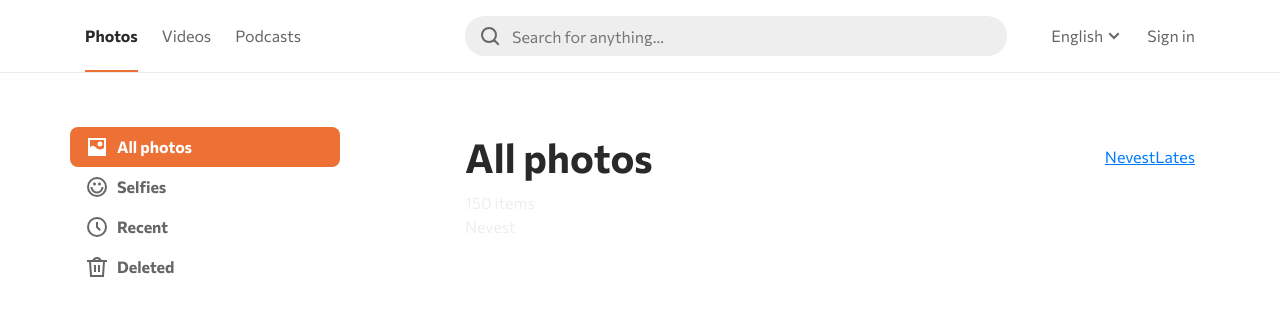
Repository: densavi/djinni
Page: index.html
The author's editor kept a copy of each file at every save. The page is drawn from the files as they stood at one save, then again after the next save.
The browser window is 1280 px wide. The pictures show the whole page.
The style sheet was rebuilt from its Sass, Less or Tailwind sources for each picture, by a compiler version that may differ from the author's.

Above is the page before, as saved 2023-04-10 23:55:33.

### index.html
<!DOCTYPE html>
<html lang="en">
<head>
  <meta charset="UTF-8">
  <meta http-equiv="X-UA-Compatible" content="IE=edge">
  <meta name="viewport" content="width=device-width, initial-scale=1.0">
  <title>Photos</title>
  <link rel="stylesheet" href="https://cdn.jsdelivr.net/npm/bootstrap@4.6.2/dist/css/bootstrap.min.css" integrity="sha384-xOolHFLEh07PJGoPkLv1IbcEPTNtaed2xpHsD9ESMhqIYd0nLMwNLD69Npy4HI+N" crossorigin="anonymous">
  <link rel="stylesheet" href="css/style.css">
</head>
<body>

  <header class="header">
    <div class="container">
      <div class="row d-flex justify-content-between align-items-center">
        <div class="col-3">
          <button class="open-menu"><span></span></button>
          <nav class="header__nav">
            <ul class="nav">
              <li class="nav-item">
                <a class="nav-link active" aria-current="page" href="#">Photos</a>
              </li>
              <li class="nav-item">
                <a class="nav-link" href="#">Videos</a>
              </li>
              <li class="nav-item">
                <a class="nav-link" href="#">Podcasts</a>
              </li>
            </ul>
          </nav>
        </div>
        <div class="col-8 d-flex align-items-center justify-content-end">
          <label for="search" class="header__search">
            <img src="img/search.svg" alt="Search">
            <input type="search" placeholder="Search for anything...">
          </label>
          <div class="dropdown show">
            <a class="header__lang-link" href="#" role="button" id="dropdownMenuLink" data-toggle="dropdown" aria-haspopup="true" aria-expanded="false">
              English
              <svg width="12" height="8" viewBox="0 0 12 8" fill="none" xmlns="http://www.w3.org/2000/svg">
                <path d="M2 2L6 6L10 2" stroke="#666666" stroke-width="2" stroke-linecap="square"/>
              </svg>
            </a>

            <div class="dropdown-menu" aria-labelledby="dropdownMenuLink">
              <a class="dropdown-item" href="#">Ukraine</a>
              <a class="dropdown-item" href="#">Polish</a>
            </div>
          </div>
          <a href="#" class="header__sign-in">Sign in</a>
        </div>
      </div>
    </div>
  </header>


  <div class="wrapper">
    <div class="container">
      <div class="row d-flex justify-content-between">
        <div class="col-3 sidebar">
          <ul class="nav sidebar__tabs">
            <li class="sidebar__item">
              <a class="d-flex align-items-center sidebar__link active" data-toggle="tab" href="#all-photos">
                <svg width="24" height="24" viewBox="0 0 24 24" fill="none" xmlns="http://www.w3.org/2000/svg">
                  <path d="M15 6.5C13.6193 6.5 12.5 7.61929 12.5 9C12.5 10.3807 13.6193 11.5 15 11.5C16.3807 11.5 17.5 10.3807 17.5 9C17.5 7.61929 16.3807 6.5 15 6.5Z" fill="#666666"/>
                  <path fill-rule="evenodd" clip-rule="evenodd" d="M3 3H21V21H18.5266L18.4945 21.0002H5.5L5.46787 21H3V3ZM19 12.8362C17.8552 13.898 16.7044 14.4537 15 14.4537C13.0944 14.4537 11.6208 13.2859 10.1527 11.7048C9.15108 10.6262 7.51491 10.4335 6.29018 11.25L6.26758 11.2651L5 12.2134V5H19V12.8362Z" fill="#666666"/>
                </svg>
                All photos
              </a>
            </li>
            <li class="sidebar__item">
              <a class="d-flex align-items-center sidebar__link" data-toggle="tab" href="#selfies">
                <svg width="24" height="24" viewBox="0 0 24 24" fill="none" xmlns="http://www.w3.org/2000/svg">
                  <path d="M17.5 12C17.5 15.0376 15.0376 17.5 12 17.5C8.96243 17.5 6.5 15.0376 6.5 12M21 12C21 16.9706 16.9706 21 12 21C7.02944 21 3 16.9706 3 12C3 7.02944 7.02944 3 12 3C16.9706 3 21 7.02944 21 12Z" stroke="#666666" class="hover-fill" stroke-width="2"/>
                  <path d="M11 9C11 9.82843 10.3284 10.5 9.5 10.5C8.67157 10.5 8 9.82843 8 9C8 8.17157 8.67157 7.5 9.5 7.5C10.3284 7.5 11 8.17157 11 9Z" fill="#666666"/>
                  <path d="M16 9C16 9.82843 15.3284 10.5 14.5 10.5C13.6716 10.5 13 9.82843 13 9C13 8.17157 13.6716 7.5 14.5 7.5C15.3284 7.5 16 8.17157 16 9Z" fill="#666666"/>
                </svg>
                Selfies
              </a>
            </li>
            <li class="sidebar__item">
              <a class="d-flex align-items-center sidebar__link" data-toggle="tab" href="#recent">
                <svg width="24" height="24" viewBox="0 0 24 24" fill="none" xmlns="http://www.w3.org/2000/svg">
                  <path d="M12 8V12L14.5 14.5M21 12C21 16.9706 16.9706 21 12 21C7.02944 21 3 16.9706 3 12C3 7.02944 7.02944 3 12 3C16.9706 3 21 7.02944 21 12Z" stroke="#666666" stroke-width="2" stroke-linecap="square"/>
                </svg>
                Recent
              </a>
            </li>
            <li class="sidebar__item">
              <a class="d-flex align-items-center sidebar__link" data-toggle="tab" href="#deleted">
                <svg width="24" height="24" viewBox="0 0 24 24" fill="none" xmlns="http://www.w3.org/2000/svg">
                  <path d="M6 21L5.00221 21.0665L5.06445 22H6V21ZM18 21V22H18.9356L18.9978 21.0665L18 21ZM3 5H2V7H3V5ZM21 7H22V5H21V7ZM11 11V10H9V11H11ZM9 16V17H11V16H9ZM15 11V10H13V11H15ZM13 16V17H15V16H13ZM4.00221 6.06652L5.00221 21.0665L6.99779 20.9335L5.99779 5.93348L4.00221 6.06652ZM6 22H18V20H6V22ZM18.9978 21.0665L19.9978 6.06652L18.0022 5.93348L17.0022 20.9335L18.9978 21.0665ZM19 5H5V7H19V5ZM3 7H5V5H3V7ZM19 7H21V5H19V7ZM9 11V16H11V11H9ZM13 11V16H15V11H13ZM12 4C13.3965 4 14.5725 4.95512 14.9055 6.24926L16.8424 5.75074C16.2874 3.59442 14.3312 2 12 2V4ZM9.09445 6.24926C9.42754 4.95512 10.6035 4 12 4V2C9.66883 2 7.71258 3.59442 7.15758 5.75074L9.09445 6.24926Z" fill="#666666"/>
                </svg>
                Deleted
              </a>
            </li>
          </ul>
        </div>
        <div class="col-8">
            <div class="tab-content">
              <div role="tabpanel" class="tab-pane active" id="all-photos">


                <div class="content__head d-flex align-items-center justify-content-between">
                  <h2 class="content__title">All photos</h2>
                  <ul class="nav content__tabs">
                    <li class="content__item">
                      <a class="content__link active" data-toggle="tab" href="#nevest">Nevest</a>
                    </li>
                    <li class="content__item">
                      <a class="content__link" data-toggle="tab" href="#lates">Lates</a>
                    </li>
                  </ul>
                </div>

                <div class="content__items">150 items</div>


                <div class="tab-content">
                  <div role="tabpanel" class="tab-pane active" id="nevest">
                    Nevest
                  </div>
                  <div role="tabpanel" class="tab-pane" id="lates">
                    <div class="alert alert-info">There is nothing here :)</div>
                  </div>

                </div>

              </div>

              <div role="tabpanel" class="tab-pane" id="selfies">
                <div class="alert alert-info">Selfies</div>
              </div>
              <div role="tabpanel" class="tab-pane" id="recent">
                <div class="alert alert-info">recent</div>
              </div>
              <div role="tabpanel" class="tab-pane" id="deleted">
                delete
              </div>

            </div>
        </div>



      </div>
    </div>
  </div>

  <script src="https://code.jquery.com/jquery-3.6.4.min.js" integrity="sha256-oP6HI9z1XaZNBrJURtCoUT5SUnxFr8s3BzRl+cbzUq8=" crossorigin="anonymous"></script>
  <script src="https://cdn.jsdelivr.net/npm/bootstrap@4.6.2/dist/js/bootstrap.min.js" integrity="sha384-+sLIOodYLS7CIrQpBjl+C7nPvqq+FbNUBDunl/OZv93DB7Ln/533i8e/mZXLi/P+" crossorigin="anonymous"></script>
  <script src="js/main.js"></script>
</body>
</html>

### css/style.scss
@import url('https://fonts.googleapis.com/css2?family=Commissioner:wght@400;700&display=swap');

@import 'vars';
@import 'typo';

@import 'components/header';
@import 'components/mobile-menu';
@import 'components/sidebar';
@import 'components/content';

### css/_vars.scss
$darkBlack: #292929;
$grey: #666666;
$lightGrey: #EEEEEE;

$orange: #ED7135;

$mainFont: 'Commissioner', sans-serif;

$tablet: 992px;
$mobile: 768px;

### css/_typo.scss
body {
  font: 16px/24px $mainFont;
  color: $lightGrey;
}

a {
  color: $mainFont;
  text-decoration: underline;
  &:hover {
    text-decoration: none;
  }
}


.wrapper {
  padding-top: 54px;
}

### css/components/_header.scss
.header {
  border-bottom: 1px solid #EBEBEB;
  padding: 16px 0;
  &__search {
    background: $lightGrey;
    padding: 0 0 0 16px;
    display: flex;
    align-items: center;
    border-radius: 100px;
    margin: 0;
    width: 546px;
    flex: 1;
    @media (max-width: $mobile) {
      display: none;
    }
    img {
      display: flex;
    }
    input[type="search"] {
      height: 40px;
      border: 0;
      background: transparent;
      outline: none;
      width: 100%;
      padding: 0 12px;
    }
  }
  &__sign-in {
    text-decoration: none;
    color: $grey;
    transition: color .3s ease;
    margin-left: 27px;
    @media (max-width: $tablet) {
      margin-left: 15px;
    }
    &:hover {
      color: $orange;
    }
  }
  &__lang-link {
    color: $grey;
    text-decoration: none;
    transition: color .3s ease;
    svg {
      margin-left: 2px;
      transform: translateY(-2px);
      path {
        transition: transform .3s ease;
      }
    }
    &:hover {
      color: $orange;
      svg {
        path {
          stroke: $orange;
        }
      }
    }
  }
  .dropdown-item {
    text-decoration: none;
  }
  .dropdown {
    margin-left: 44px;
    @media (max-width: $tablet) {
      margin-left: 20px;
    }
    @media (max-width: $mobile) {
      display: none;
    }
  }
  &__nav {
    @media (max-width: $mobile) {
      display: none;
    }
    .nav-item {
      &:not(:last-child) {
        margin-right: 24px;
        @media (max-width: $tablet) {
          margin-right: 13px;
        }
      }
    }
    .nav-link {
      padding: 0;
      text-decoration: none;
      color: $grey;
      position: relative;
      &:before {
        content: '';
        position: absolute;
        bottom: -24px;
        width: 0;
        height: 2px;
        background: $orange;
        left: 0;
        transition: all .3s ease;
      }
      &.active {
        font-weight: 700;
        color: $darkBlack;
      }
      &:hover,
      &.active {
        &:before {
          width: 100%;
        }
      }
    }
  }
}

### css/components/_mobile-menu.scss
.open-menu {
  width: 30px;
  height: 20px;
  border: 0;
  position: relative;
  background: transparent;
  display: none;
  cursor: pointer;
  @media (max-width: $mobile) {
    display: block;
  }
  span,
  &:before,
  &:after {
    content: '';
    position: absolute;
    left: 0;
    height: 4px;
    background: $grey;
    width: 100%;
    top: 50%;
    margin-top: -2px;
    transition: all .5s ease;
    border-radius: 4px;
  }
  &:before {
    top: 0;
    margin: 0;
  }
  &:after {
    top: auto;
    margin: 0;
    bottom: 0;
  }
  &.active {
    span {
      opacity: 0;
    }
    &:before {
      transform: rotate(50deg);
      top: 50%;
    }
    &:after {
      transform: rotate(-50deg);
      top: 50%;
    }
  }
}

### css/components/_sidebar.scss
.sidebar {
  &__item {
    margin-left: -15px;
    width: calc(100% + 15px);
  }
  &__link {
    height: 40px;
    border-radius: 8px;
    padding: 0 15px;
    color: $grey;
    text-decoration: none;
    font-weight: 700;
    display: flex;
    svg {
      margin-right: 8px;
    }
    &.active,
    &:hover {
      background: $orange;
      color: #fff;
      svg {
        path {
          fill: #fff;
        }
        .hover-fill {
          fill: #ED7135 !important;
          stroke: #fff;
        }
      }
    }
    &.active:hover {
      color: #fff;
    }
  }
}

### css/components/_content.scss
.content {
  &__head {
    margin-bottom: 4px;
  }
  &__title {
    margin: 0;
    color: $darkBlack;
    font-size: 40px;
    line-height: 1.5;
    font-weight: 700;
  }
}

Loaded but not shown: js/main.js (no stored copy; drawn as an empty file)

After the next save:
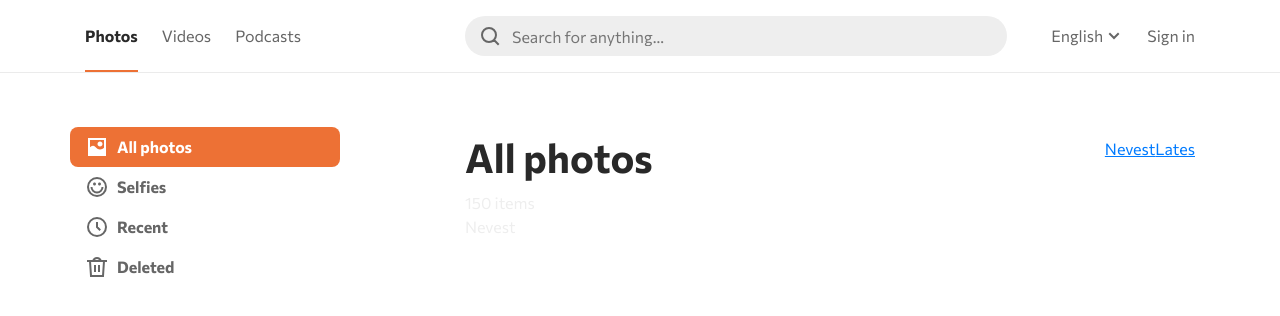
Saved 57 s later.
--- a/css/components/_content.scss
+++ b/css/components/_content.scss
@@ -9,4 +9,9 @@
     line-height: 1.5;
     font-weight: 700;
   }
+  &__link {
+    display: flex;
+    height: 40px;
+    width: max-content;
+  }
 }
